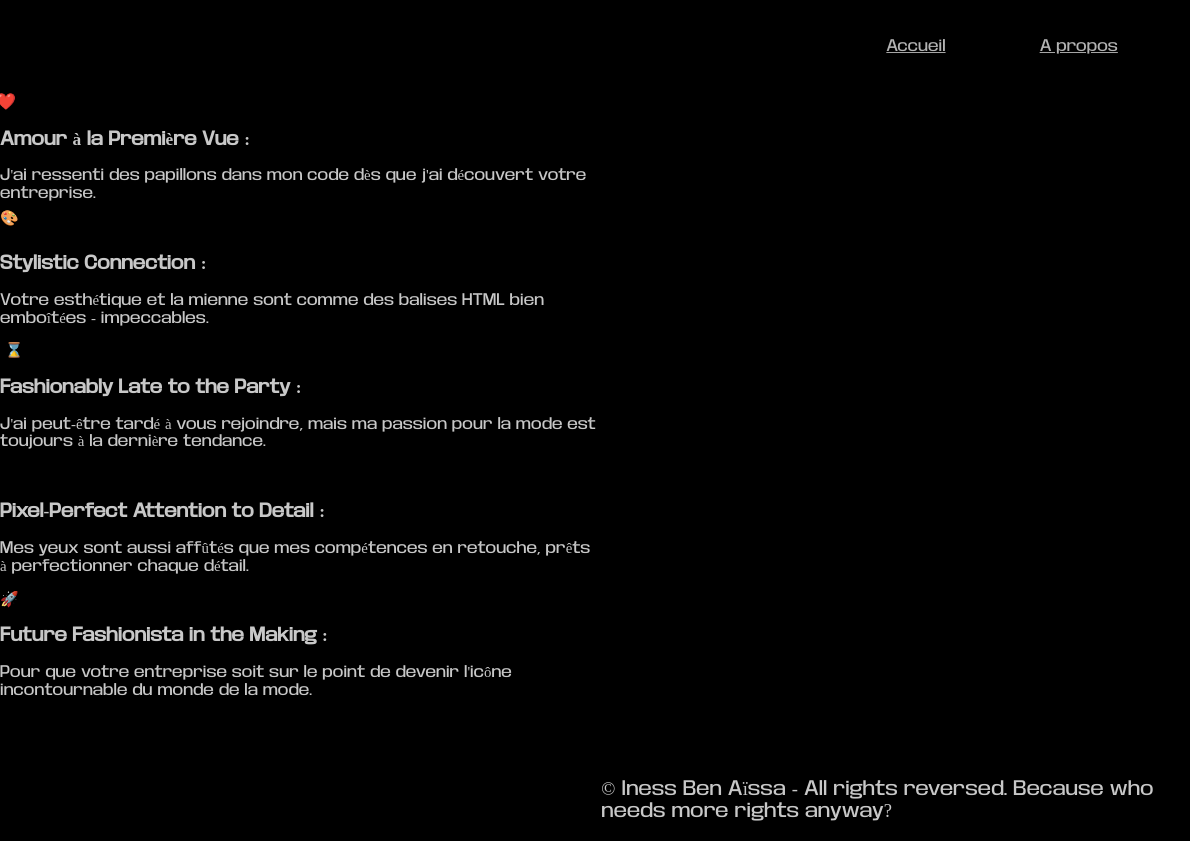
Repository: inessben/application
Page: company/company.html
The author's editor kept a copy of each file at every save. The page is drawn from the files as they stood at one save, then again after the next save.
The browser window is 1280 px wide. The pictures show the whole page, at 93% of full size.

Above is the page before, as saved 2023-12-04 02:57:57.

### company/company.html
<!DOCTYPE html>
<html lang="en">
<head>
    <meta charset="UTF-8">
    <meta name="viewport" content="width=device-width, initial-scale=1.0">
    <!-- generate the icon -->
    <link rel="apple-touch-icon" sizes="180x180" href="/favicon/apple-touch-icon.png">
    <link rel="icon" type="image/png" sizes="32x32" href="/favicon/favicon-32x32.png">
    <link rel="icon" type="image/png" sizes="16x16" href="/favicon/favicon-16x16.png">
    <link rel="manifest" href="/favicon/site.webmanifest">
    <link rel="mask-icon" href="/favicon/safari-pinned-tab.svg" color="#5bbad5">
    <meta name="msapplication-TileColor" content="#da532c">
    <!--  -->
    <meta name="theme-color" content="#ffffff">
    <title>#slowlyApplication</title>
    <link rel="stylesheet" href="company.css">

</head>
<body>
    <section id="nav-header">
        <header class="links">
            <a href="/index.html" class="link">Accueil</a>
            <a href="/about/about.html" class="link">A propos</a>
        </header>
    </section>
    <section id="creative-section">
        <section id="sentences">
            <div id="heart-animation">❤️</div>
            <h3>Amour à la Première Vue :</h3>
            <p>J'ai ressenti des papillons dans mon code dès que j'ai découvert votre entreprise.</p>
        </section>

        <section id="sentences">
            <div id="stylistic-connection-animation">🎨</div>
            <h3>Stylistic Connection :</h3>
            <p>Votre esthétique et la mienne sont comme des balises HTML bien emboîtées - impeccables.</p>
        </section>

        <section id="sentences">
            <div id="fashionably-late-animation">⌛</div>
            <h3>Fashionably Late to the Party :</h3>
            <p>J'ai peut-être tardé à vous rejoindre, mais ma passion pour la mode est toujours à la dernière tendance.</p>
        </section>


        <section id="sentences">
            <div id="pixel-perfect-animation">🔍</div>
            <h3>Pixel-Perfect Attention to Detail :</h3>
            <p>Mes yeux sont aussi affûtés que mes compétences en retouche, prêts à perfectionner chaque détail.</p>
        </section>

        <section id="sentences">
            <div id="future-fashionista-animation">🚀</div>
            <h3>Future Fashionista in the Making :</h3>
            <p>Pour que votre entreprise soit sur le point de devenir l'icône incontournable du monde de la mode.</p>
        </section>
    </section>



    <footer>
        <p>© Iness Ben Aïssa - All rights reversed. Because who needs more rights anyway?</p>
    </footer>

</body>
</html>

### company/company.css
@font-face {
    font-family: "Jolley";
    src: url("/fonts/jolley.woff");
    }

@font-face {
    font-family: "Base Neue";
    src: url("/fonts/base-neue.ttf");
    }

::-webkit-scrollbar {
    width: 8px;
    }

::-webkit-scrollbar-track {
    background-color: #000;
    }

::-webkit-scrollbar-thumb {
    background-color: #4b4b4b;
    border-radius: 4px;
    }

::-webkit-scrollbar-thumb:hover {
    opacity: 0.7;
    }

html {
    scroll-behavior: smooth;
    }

body {
font-family: "Base Neue";
    margin: 0;
    padding: 0;
    display: flex;
    align-items: center;
    justify-content: center;
    height: 100vh;
    background-color: #000000;
    color: #c8c8c8;
    }

#nav-header {
        position: absolute;
        top: 30px;
        right: 20px;
        font-size: 16px;
        font-weight: 500;
        padding: 10px;
    }

.link {
    padding: 8px;
    text-decoration: #b3b3b3 underline;
    color: #b3b3b3;
    margin: auto 40px;
    }

.link:hover {
        opacity: 0.7;
    }

#creative-section{
    position: relative;
    height: 100vh;
    top: 100px;
}

#heart-animation {
    width: 100px;
    animation: heartbeat 1.5s infinite;
    }

#stylistic-connection-animation {
    animation: styleConnection 2s infinite alternate;
    }

#fashionably-late-animation {
    animation: fashionablyLate 1s infinite alternate;
    }

#pixel-perfect-animation {
    animation: pixelPerfect 1.5s infinite alternate;
    }

#future-fashionista-animation {
    animation: futureFashionista 2s infinite alternate;
    }

@keyframes heartbeat {
    0%, 100% {
    transform: scale(1);
    }
    50% {
    transform: scale(1.1);
    }
}

@keyframes styleConnection {
    0% {
    transform: translateY(0);
    }
    100% {
    transform: translateY(-10px);
    }
}

@keyframes fashionablyLate {
    0% {
    transform: translateX(0);
    }
    100% {
    transform: translateX(5px);
    }
}

@keyframes pixelPerfect {
    0% {
    transform: scaleX(1);
    }
    100% {
    transform: scaleX(1.1);
    }
}

@keyframes futureFashionista {
    0% {
    opacity: 0.8;
    }
    100% {
    opacity: 1;
    }
}

footer{
    position: relative;
    top: 500px;
    display: flex;
    font-size: 20px;
    align-items: center;
    justify-content: center;
    }

After the next save:
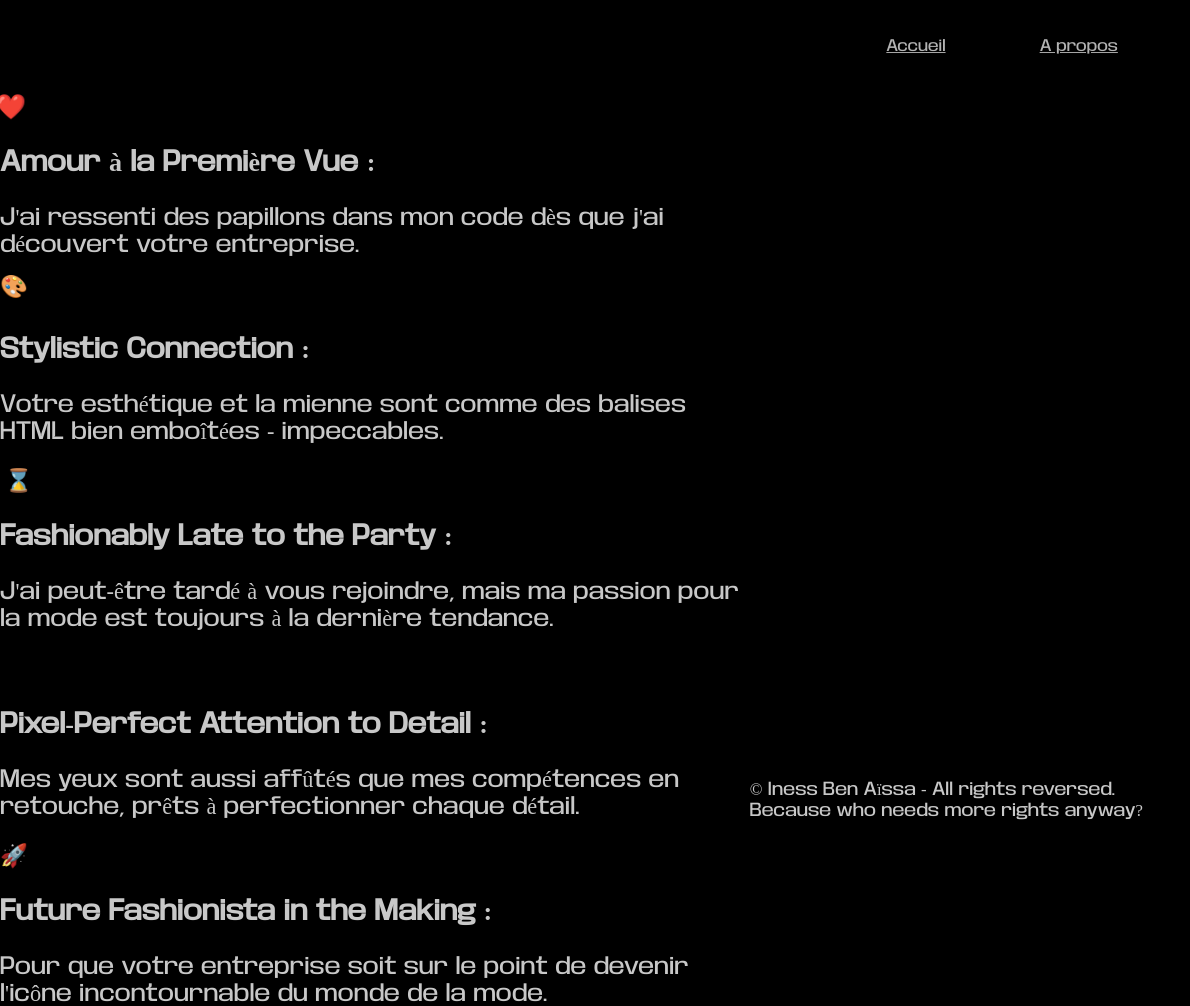
Saved 36 s later.
--- a/company/company.css
+++ b/company/company.css
@@ -39,6 +39,7 @@ font-family: "Base Neue";
     height: 100vh;
     background-color: #000000;
     color: #c8c8c8;
+    font-size: 24px;
     }
 
 #nav-header {
@@ -137,7 +138,7 @@ footer{
     position: relative;
     top: 500px;
     display: flex;
-    font-size: 20px;
+    font-size: 18px;
     align-items: center;
     justify-content: center;
     }
